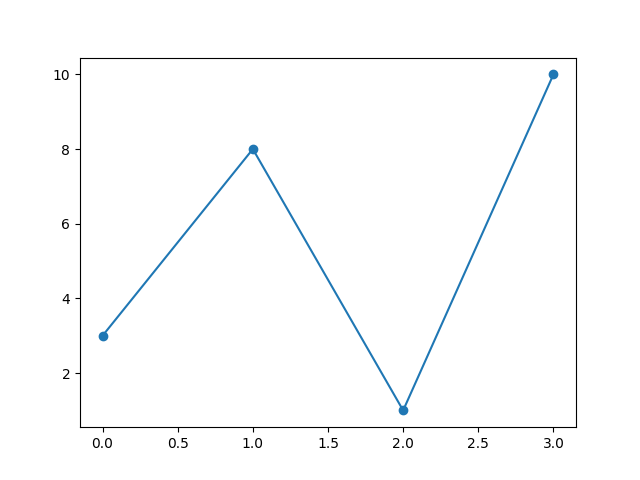
Repository: rupeshkofficial/Python-Code
Script's output: python MATPLOTLIB/matplotlibmarkers.py
The author's editor kept a copy of each file at every save. The script's output is drawn from the files as they stood at one save, then again after the next save.
Random numbers start from a fixed seed.

Above is the script's output before, as saved 2024-05-22 13:59:45.

After the next save:
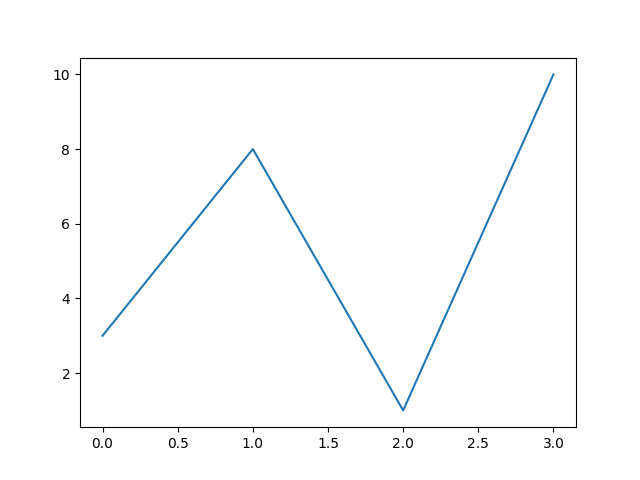
Saved 102 s later.
--- a/MATPLOTLIB/matplotlibmarkers.py
+++ b/MATPLOTLIB/matplotlibmarkers.py
@@ -4,5 +4,5 @@ import matplotlib.pyplot as plt
 import numpy as np
 
 ypoints = np.array([3,8,1,10])
-plt.plot(ypoints, marker = 'o')
+plt.plot(ypoints, marker = '')
 plt.show()
